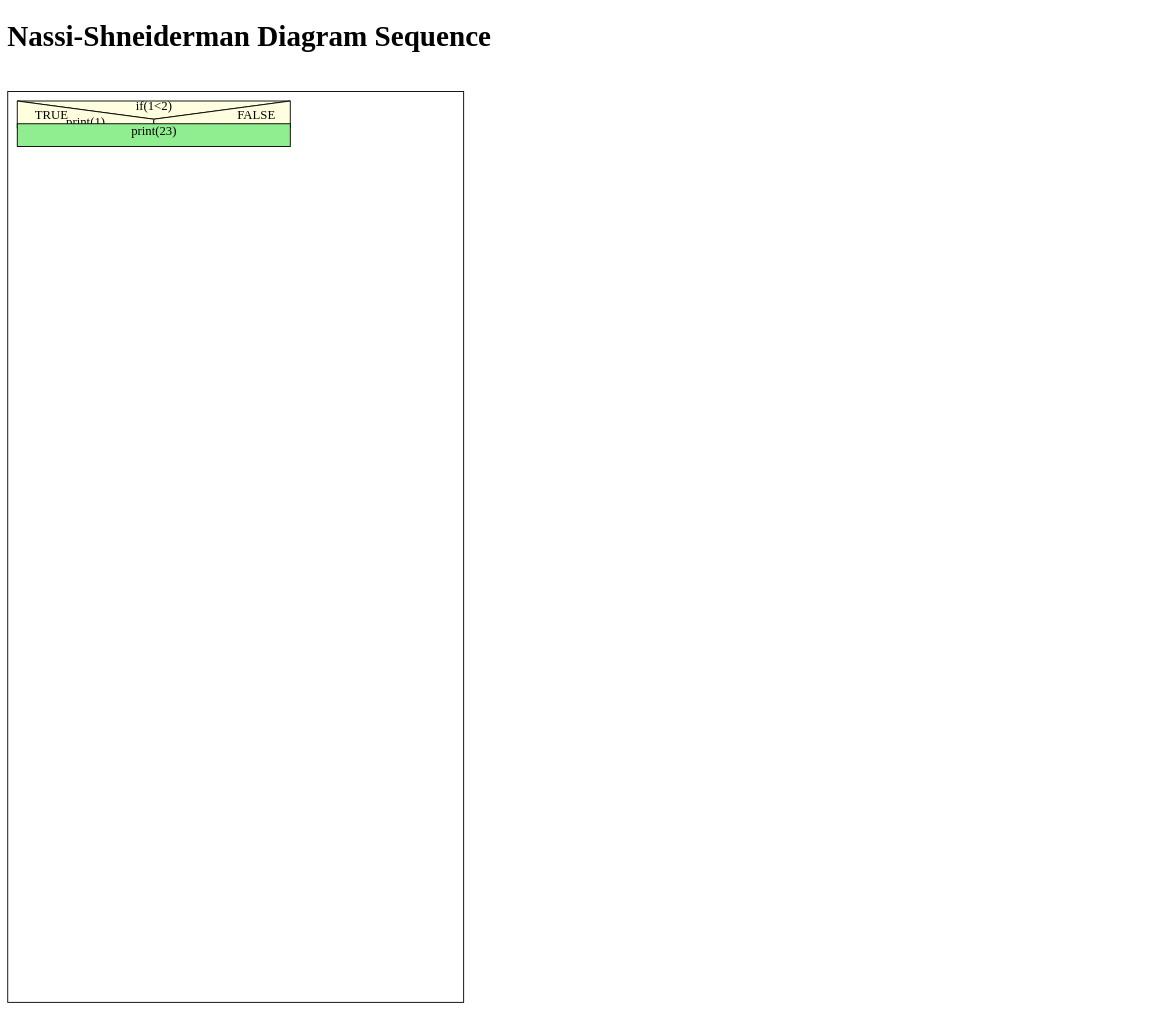
Repository: fabsch225/Nassi-Shneiderman-Compiler
Page: demo.html
These files come from the project's save history. The page is drawn as it stood at one moment and after a run of saves; the edit follows.
The browser window is 1280 px wide. The pictures show the whole page, at 91% of full size.

Above is the page before, as saved 2024-05-15 23:29:16.

After the next 2 saves:
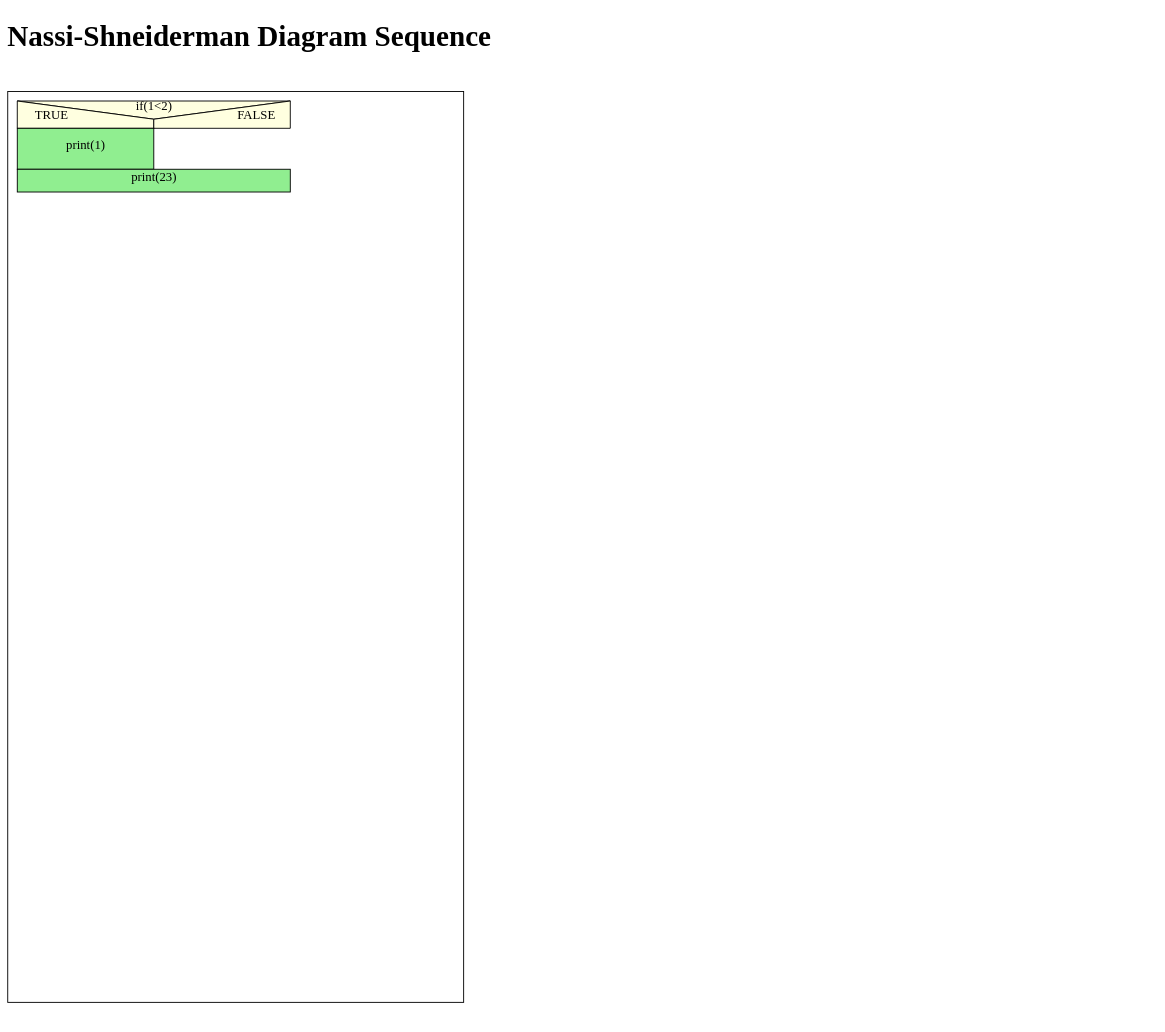
The 2 saves are shown as one change because they came seconds apart.
The last was saved 114 s later.
--- a/src/converter.js
+++ b/src/converter.js
@@ -12,11 +12,11 @@ function convert(x, y, width, height, tree) {
             if (block.branches.length != 1) {
                 throw new Error('Expected 1 branches, Nassi-Shneiderman diagrams only support single IF or one IF-ELSE statement')
             }
-            var sub_block = createDecisionBlock(x, current_y, width, h, block.name + '(' + block.arguments[0] + ')', "TRUE", "FALSE");
+            var sub_block = createDecisionBlock(x, current_y, width, h * 3, block.name + '(' + block.arguments[0] + ')', "TRUE", "FALSE");
             svgAppendix += sub_block.svgAppendix;
             var bounds1 = sub_block.children[0];
             svgAppendix += convert(bounds1.start_x, bounds1.start_y, bounds1.width, bounds1.height, block.branches[0]);
-            current_y += h
+            current_y += h * 3
         }
         else if (block.type == 2) { //ifs and else
 
@@ -27,4 +27,5 @@ function convert(x, y, width, height, tree) {
 
 function getChildren(tree) {
     const base_h = 20;
+
 }
